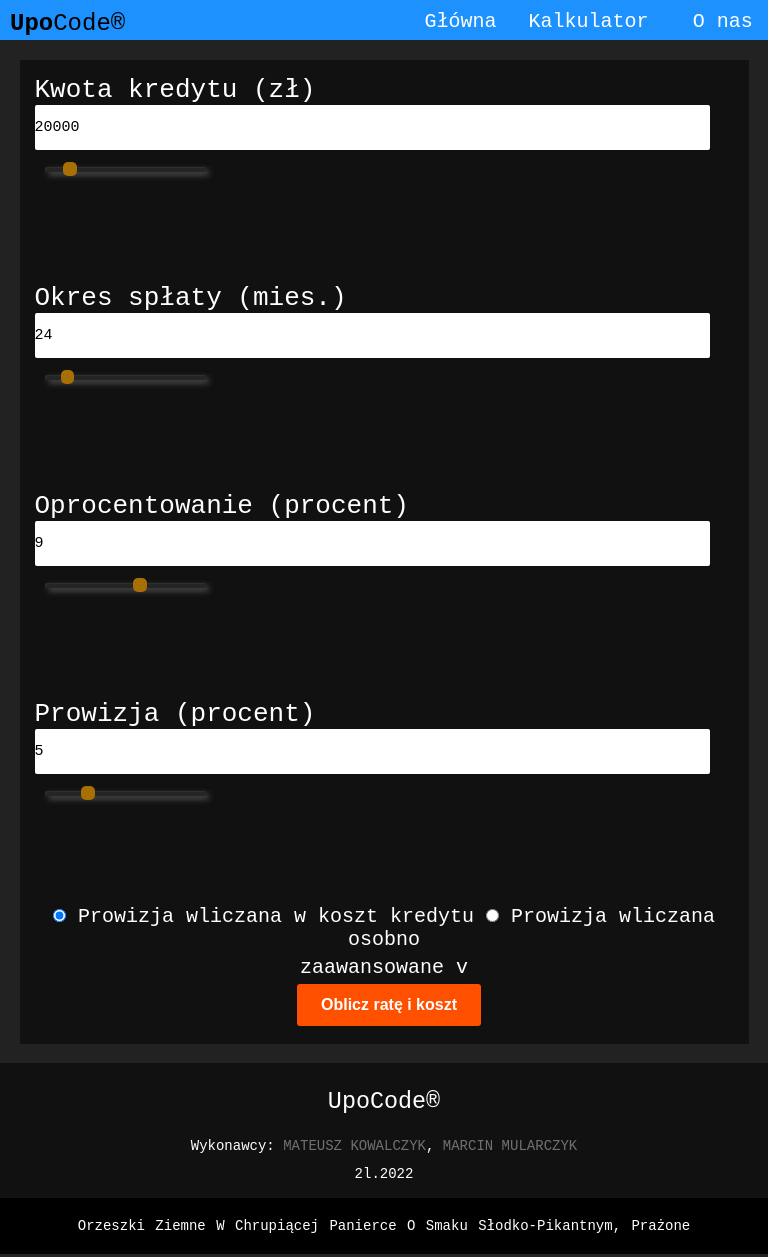
Repository: Klemingway/egzamin
Page: kalkulator.html
An editor plug-in stored every save of this project. The page is shown before and after the next save, followed by the edit.
The browser window is 768 px wide. The pictures show the whole page.

Above is the page before, as saved 2023-01-25 11:58:22.

After the next save:
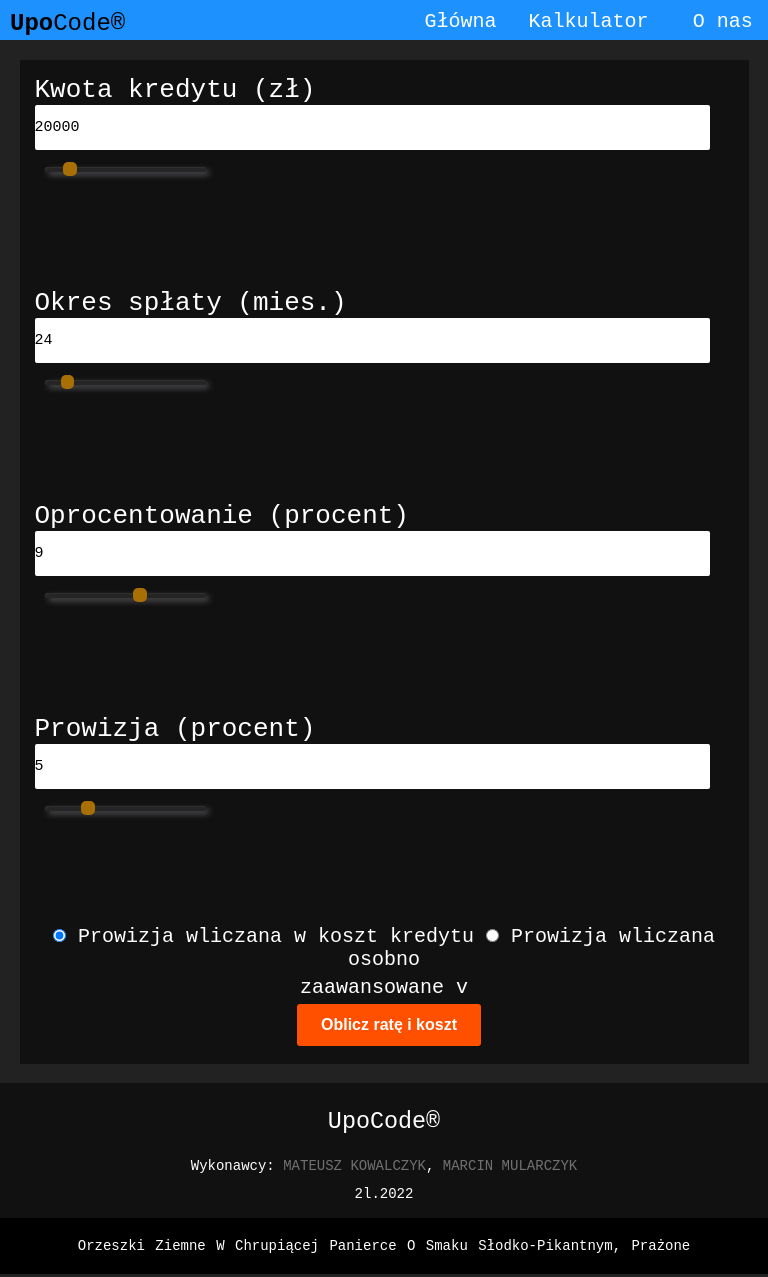
Saved 19 s later.
--- a/style/styl.css
+++ b/style/styl.css
@@ -263,10 +263,10 @@
         padding-right: 1em;
         min-height: 26vh;
         width: 100%;
+        margin-bottom: 5px;
     }
     .wej {
         width: 100%;
-        margin-bottom: 0;
     }
     #gl {
         padding: 1em;

After the save that followed:
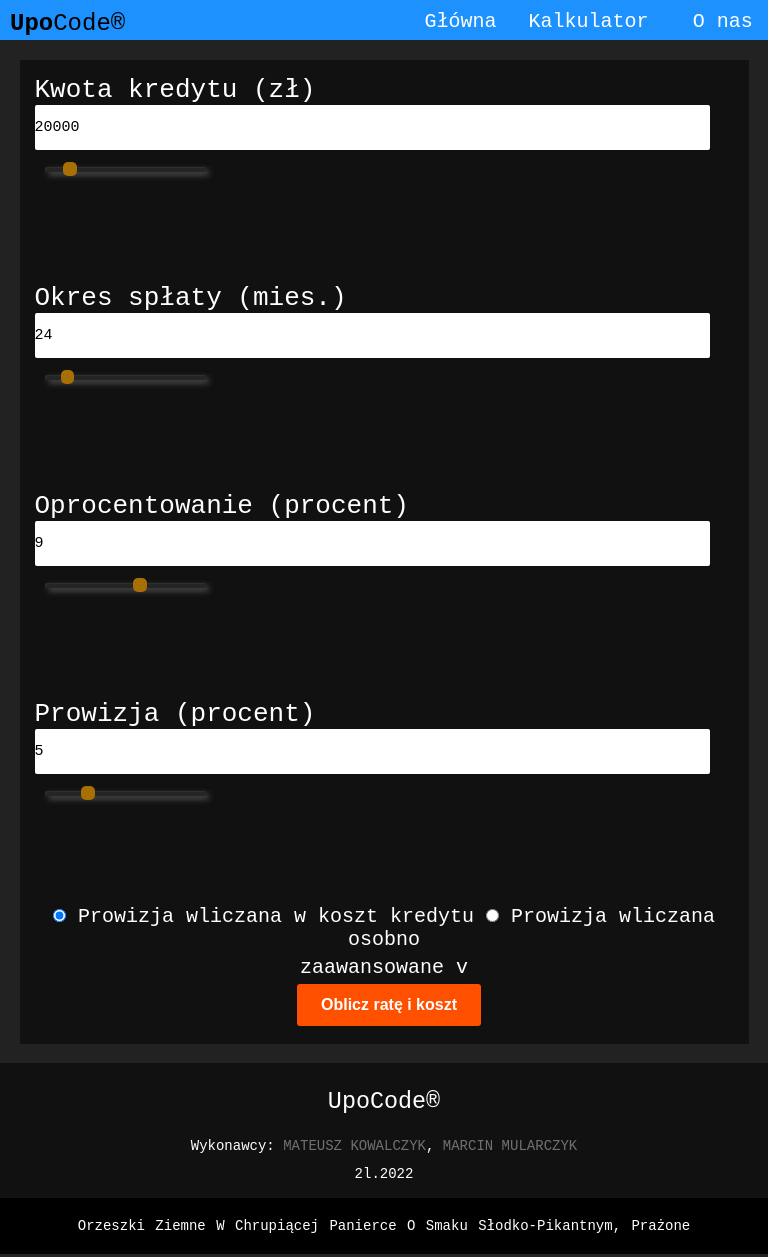
Saved 8 s later.
--- a/style/styl.css
+++ b/style/styl.css
@@ -263,7 +263,7 @@
         padding-right: 1em;
         min-height: 26vh;
         width: 100%;
-        margin-bottom: 5px;
+        padding-bottom: 0;
     }
     .wej {
         width: 100%;
